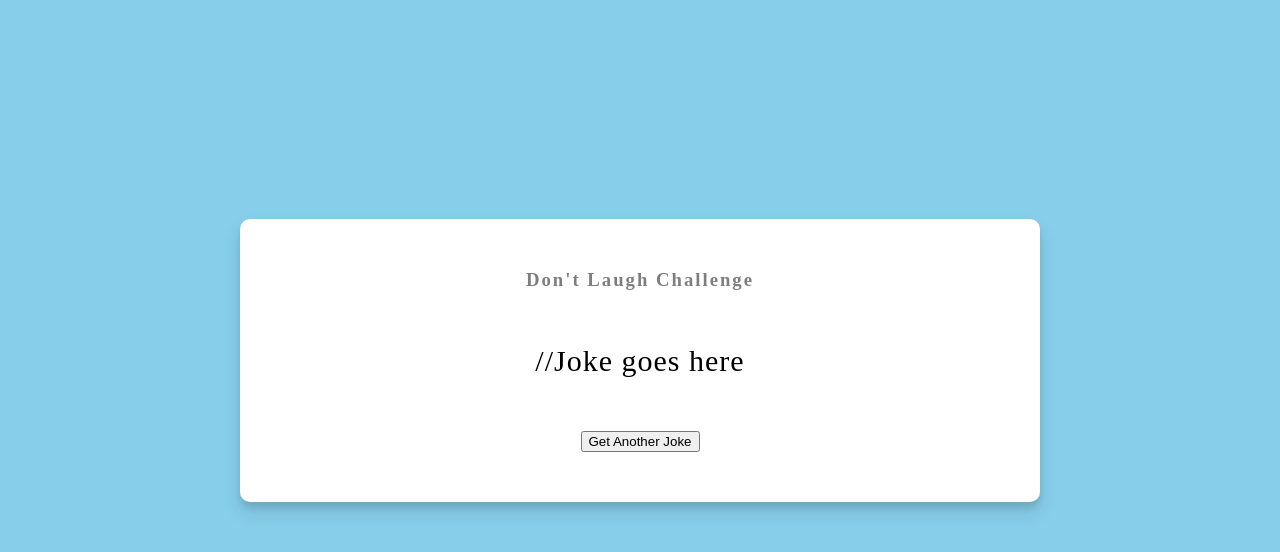
Repository: MMXiaohang/50projects50days-copy
Page: 10-dad-jokes/1-index.html
These files come from the project's save history. The page is drawn as it stood at one moment and after the next save; the edit follows.
The browser window is 1280 px wide. The pictures show the whole page.

Above is the page before, as saved 2022-07-13 00:08:17.

### 10-dad-jokes/1-index.html
<!DOCTYPE html>
<html lang="en">
<head>
    <meta charset="UTF-8">
    <meta http-equiv="X-UA-Compatible" content="IE=edge">
    <meta name="viewport" content="width=device-width, initial-scale=1.0">
    <link rel="stylesheet" href="./1-style.css">
    <title>Dad Jokes</title>
</head>
<body>
    <div class="container">
        <h3>Don't Laugh Challenge</h3>
        <div id="joke" class="joke"> //Joke goes here</div>
        <button id="jokeBtn" class="btn">Get Another Joke</button>
    </div>

    <script src="./1-script.js"></script>
</body>
</html>

### 10-dad-jokes/1-style.css
@import url('https://fonts.googleapis.com/css2?family=Roboto:wght@400;700&display=swap');


*{
    box-sizing: border-box;
    margin: 0;
}

body{
    background-color: skyblue;
    font-family: 'Roboto' sans-serif;
    display: flex;
    flex-direction: column;
    justify-content: center;
    align-items: center;
    height: 100vh;
    overflow: hidden;
    padding: 20px;
}

.container {
    background-color: #fff;
    border-radius: 10px;
    box-shadow: 0 10px 20px rgba(0, 0, 0, 0.1), 0 6px 6px rgba(0, 0, 0, 0.1);
    padding: 50px 20px;
    text-align: center;
    /* 指定元素的宽度不超过父元素的宽度， */
    max-width: 100%;
    width: 800px;
}

.container h3{
    opacity: 0.5;
    letter-spacing: 2px;
}


.joke {
    font-size: 30px;
    letter-spacing: 1px;
    line-height: 40px;
    margin: 50px auto;

}

Loaded but not shown: 10-dad-jokes/1-script.js (no stored copy; drawn as an empty file)

After the next save:
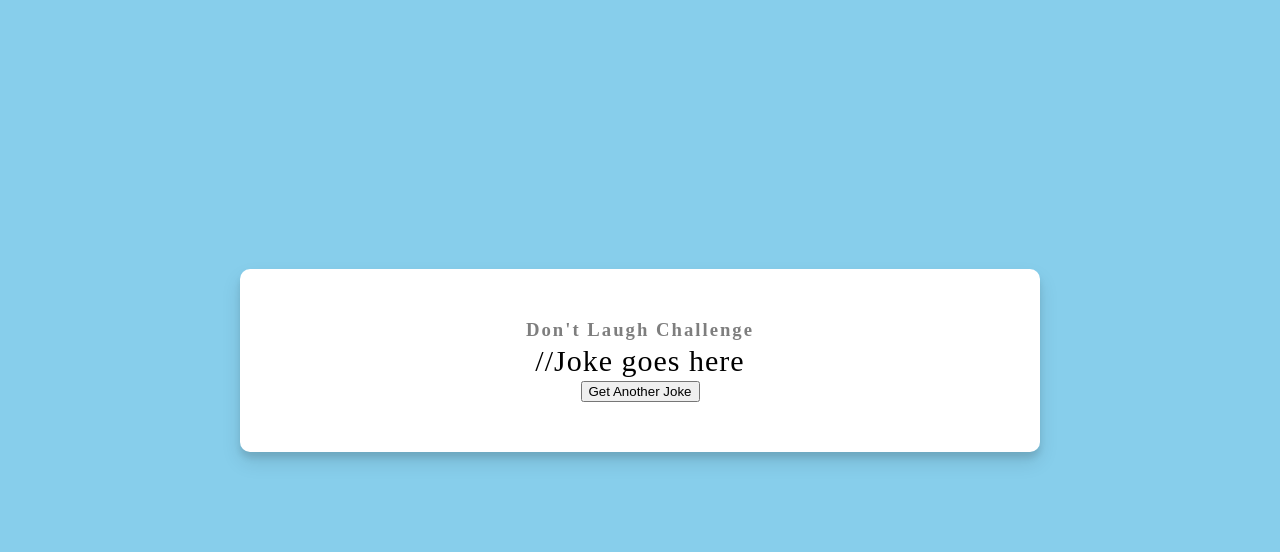
Saved 11 s later.
--- a/10-dad-jokes/1-style.css
+++ b/10-dad-jokes/1-style.css
@@ -39,6 +39,6 @@
     font-size: 30px;
     letter-spacing: 1px;
     line-height: 40px;
-    margin: 50px auto;
+    /* margin: 50px auto; */
 
 }

After the save that followed:
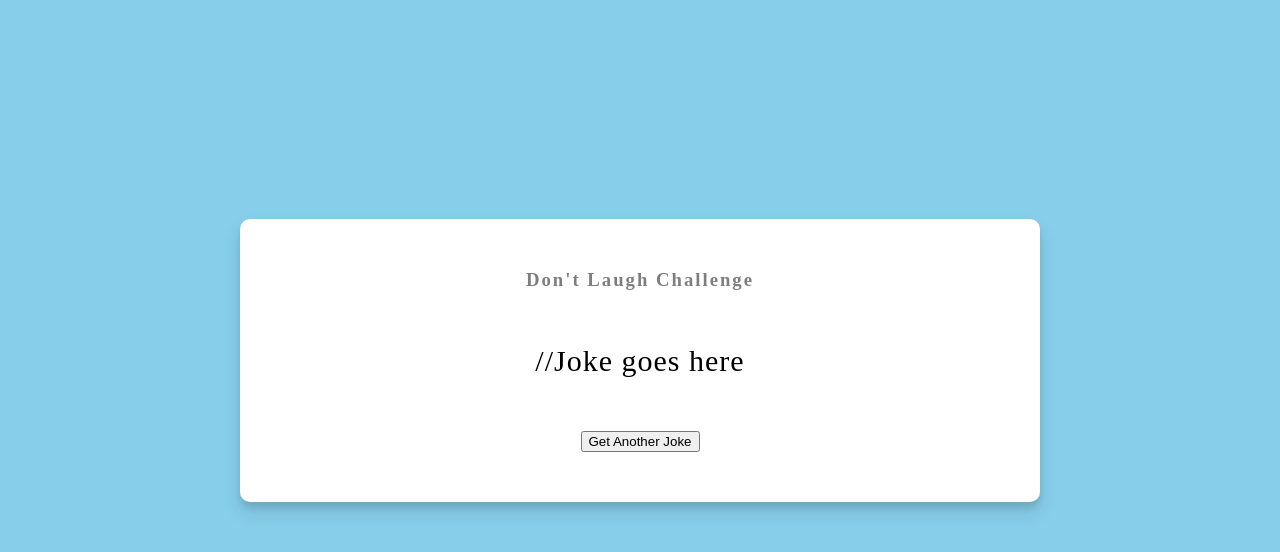
Saved 12 s later.
--- a/10-dad-jokes/1-style.css
+++ b/10-dad-jokes/1-style.css
@@ -39,6 +39,6 @@
     font-size: 30px;
     letter-spacing: 1px;
     line-height: 40px;
-    /* margin: 50px auto; */
+    margin: 50px auto;
 
 }
